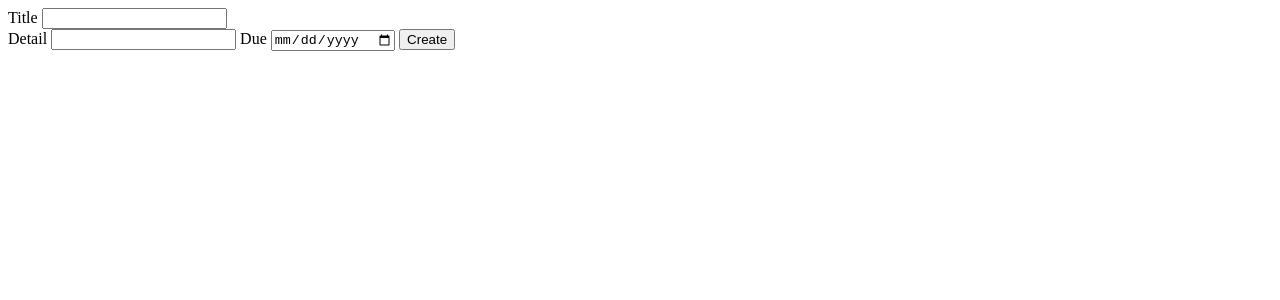
Repository: sgmtg/ToDoList
Page: http://localhost/create
The author's editor kept a record of every edit. The page is drawn from the files as they stood at one moment, then again after the next edit.
The browser window is 1280 px wide. The pictures show the whole page.
The page is served by the project's application, run on Flask 3 (app.py).

Above is the page before.

### templates/create.html

{% extends 'base.html' %}


{% block body %}
<div class="form">
    <form action="/" method="POST">
        <div>
            <label for="title">Title</label>
            <input type="text" id="title" name="title">
        </div>
        <div>
        <label for="detail">Detail</label>
        <input type="textarea" id="detail" name="detail">

        <label for="due">Due</label>
        <input type="date" id="due" name="due" required>

        <input type="submit" value="Create">
    </form>
</div>
{% endblock %}

### templates/base.html
<html>
    <head>
        <title>My To Do List</title>
        <!--<link href="https://cdn.jsdelivr.net/npm/bootstrap@5.0.2/dist/css/bootstrap.min.css" rel="stylesheet" integrity="sha384-EVSTQN3/azprG1Anm3QDgpJLIm9Nao0Yz1ztcQTwFspd3yD65VohhpuuCOmLASjC" crossorigin="anonymous">-->
        <link rel="stylesheet" type="text/css" href="/static/css/style.css">
    </head>
    <body>
       {% block body %}{% endblock %}
    </body>
</html>

### app.py
from flask import Flask, request, render_template, redirect, url_for
from flask_sqlalchemy import SQLAlchemy
from datetime import datetime

app = Flask(__name__)
app.config['SQLALCHEMY_DATABASE_URI'] = 'sqlite:///todo.db'  # todo.dbという名前のdbを設定
db = SQLAlchemy(app)  # dbを生成

toDoList = []

class Post(db.Model):
    id = db.Column(db.Integer, primary_key=True)  # 主キー
    title = db.Column(db.String(30), nullable=False)
    detail = db.Column(db.String(100))  # 空でもok
    due = db.Column(db.DateTime, nullable=False)  # 日付型を指定



@app.route('/', methods=['GET', 'POST'])
def index():
    if request.method == 'GET':
        posts = Post.query.all()
        return render_template('index.html', posts=posts)

    else:
        title = request.form.get('title')
        detail = request.form.get('detail')
        due = request.form.get('due')

        due = datetime.strptime(due, '%Y-%m-%d')  # フォームから文字列を受け取るため日付型に変換
        new_post = Post(title=title, detail=detail, due=due)

        db.session.add(new_post)
        db.session.commit()
        return redirect('/')

@app.route('/create')
def create():
    return render_template('create.html')




if __name__ == "__main__":
    app.run(port=3000, debug=True, use_debugger=True)  # 8080
    create_tables()

### static/css/style.css

.done {
  text-decoration: line-through;
  color: gray;
  /* 他のスタイルプロパティ */
}

After the next edit:
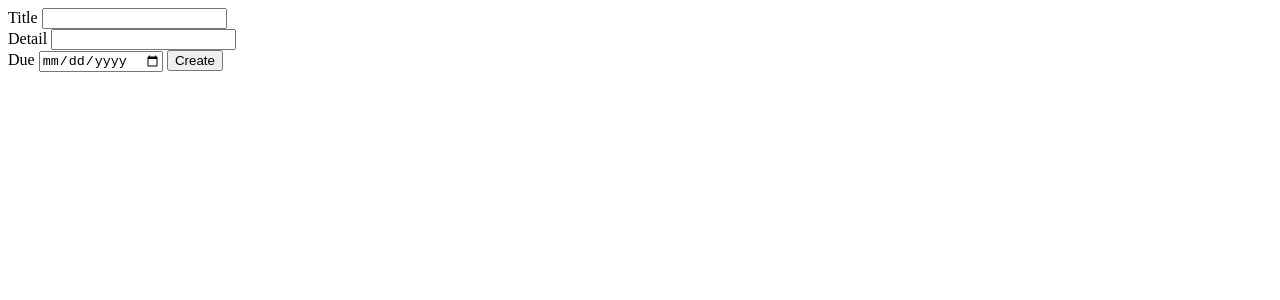
The edit:
--- a/templates/create.html
+++ b/templates/create.html
@@ -10,9 +10,10 @@
             <input type="text" id="title" name="title">
         </div>
         <div>
-        <label for="detail">Detail</label>
-        <input type="textarea" id="detail" name="detail">
-
+            <label for="detail">Detail</label>
+            <input type="textarea" id="detail" name="detail">
+        </div>
+        <div>
         <label for="due">Due</label>
         <input type="date" id="due" name="due" required>
 
